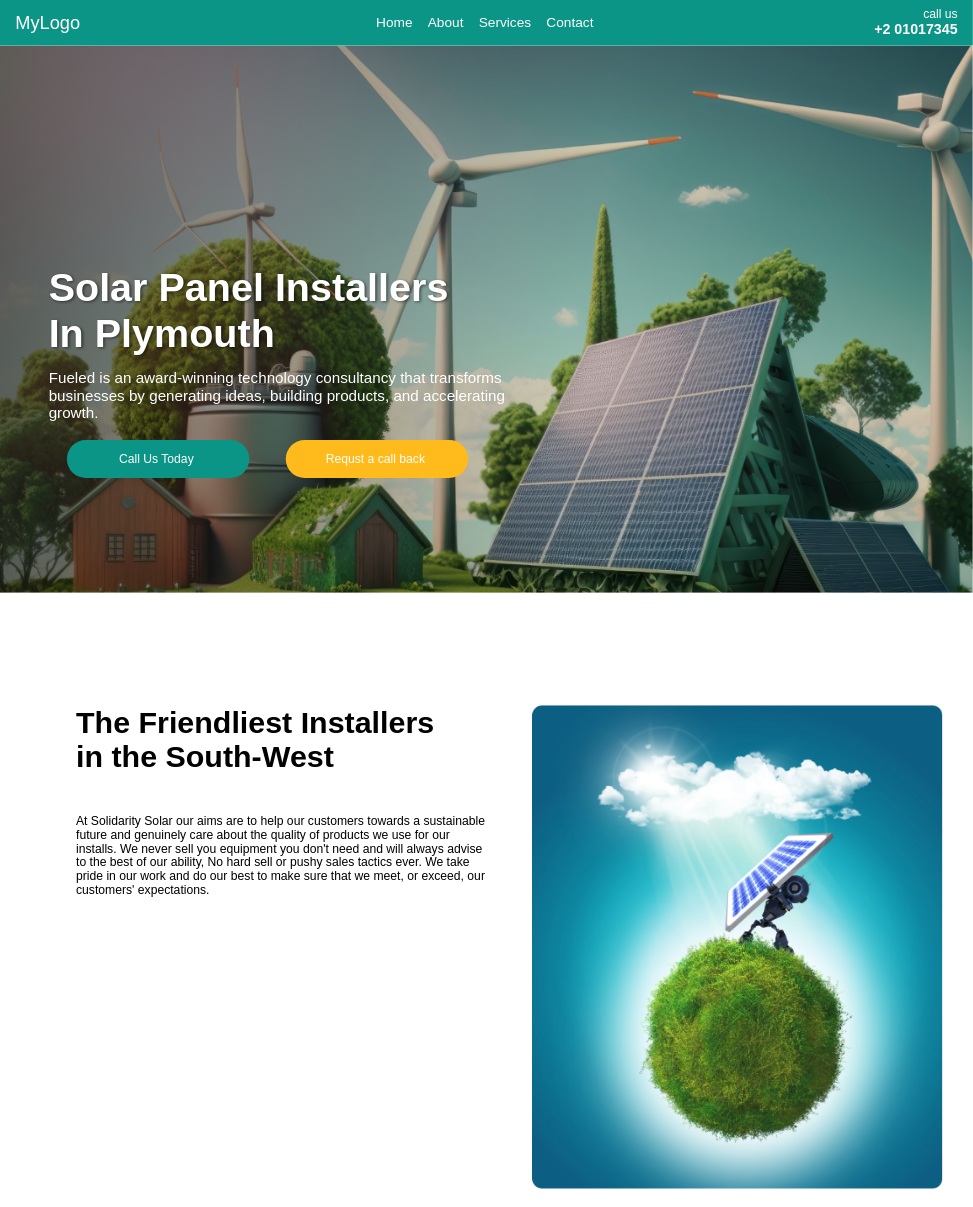
Repository: MaramNabil872/Landing-Page
Page: landingPage.html
These files come from the project's save history. The page is drawn as it stood at one moment and after the next save; the edit follows.
The browser window is 1280 px wide. The pictures show the whole page, at 76% of full size.

Above is the page before, as saved 2024-10-20 21:10:07.

After the next save:
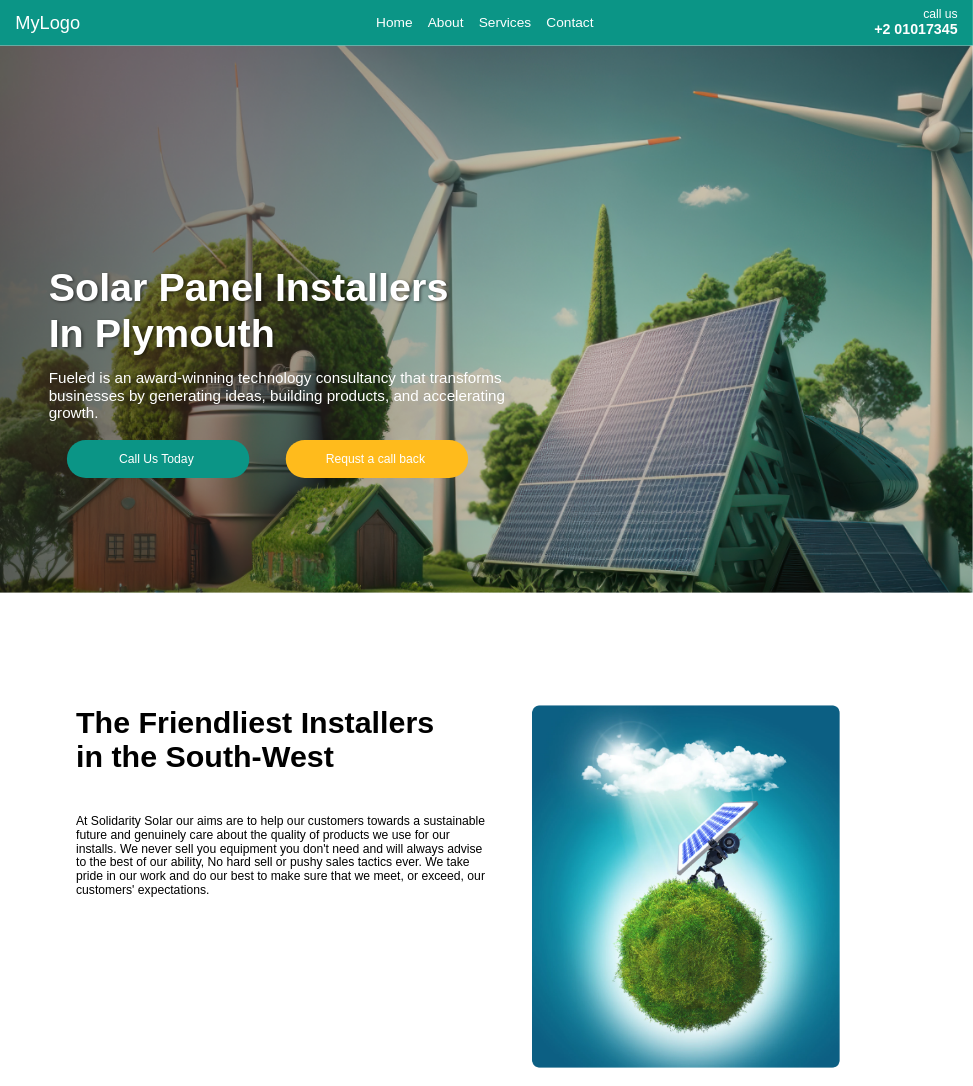
Saved 71 s later.
--- a/landingPage.css
+++ b/landingPage.css
@@ -140,7 +140,7 @@ padding-left: 5%;}
 }
 
 .image-container1 img {
-    width: 100%; /* Make the image responsive */
+    width: 75%; /* Make the image responsive */
     height: auto; /* Maintain aspect ratio */
     border-radius: 8px; /* Optional: round the corners of the image */
 }
